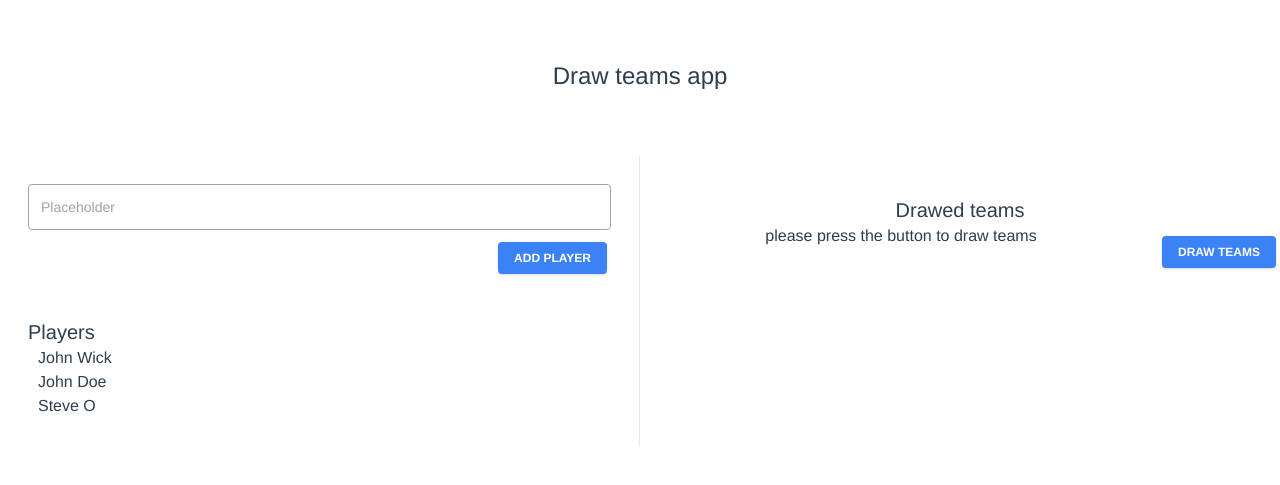
Repository: AlekJanevski/draw-teams-app
Page: /
These files come from the project's save history. The page is drawn as it stood at one moment and after the next save; the edit follows.
The browser window is 1280 px wide. The pictures show the whole page.
The project was rebuilt for these pictures with package versions that can differ from the ones it lists, and the page was loaded fresh each time.

Above is the page before, as saved 2021-03-18 21:23:03.

After the next save:
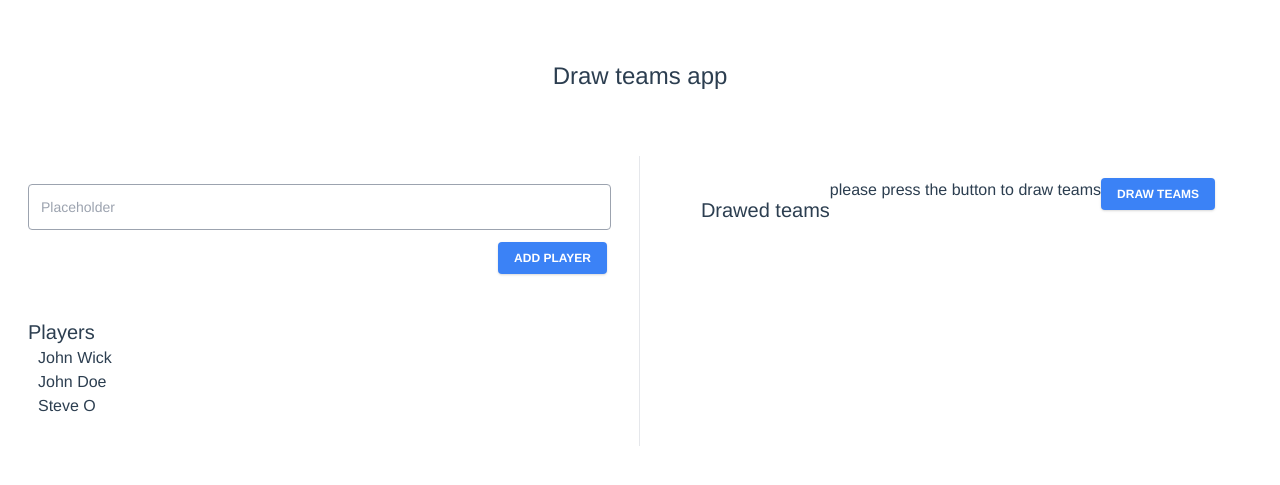
Saved 25 s later.
--- a/src/components/HelloWorld.vue
+++ b/src/components/HelloWorld.vue
@@ -33,7 +33,7 @@
     <!-- Add user wrapper ends -->
 
 
-    <div class="float-left w-1/2">
+    <div class="flex items-center justify-center float-left w-1/2">
         <h3 class="block text-xl">Drawed teams</h3>
         <span>please press the button to draw teams</span>
         <button class="float-right px-4 py-2 mt-3 mb-1 mr-1 text-xs font-bold text-white uppercase bg-blue-500 rounded shadow outline-none active:bg-blue-600 hover:shadow-md focus:outline-none" type="submit" style="transition: all .15s ease">
